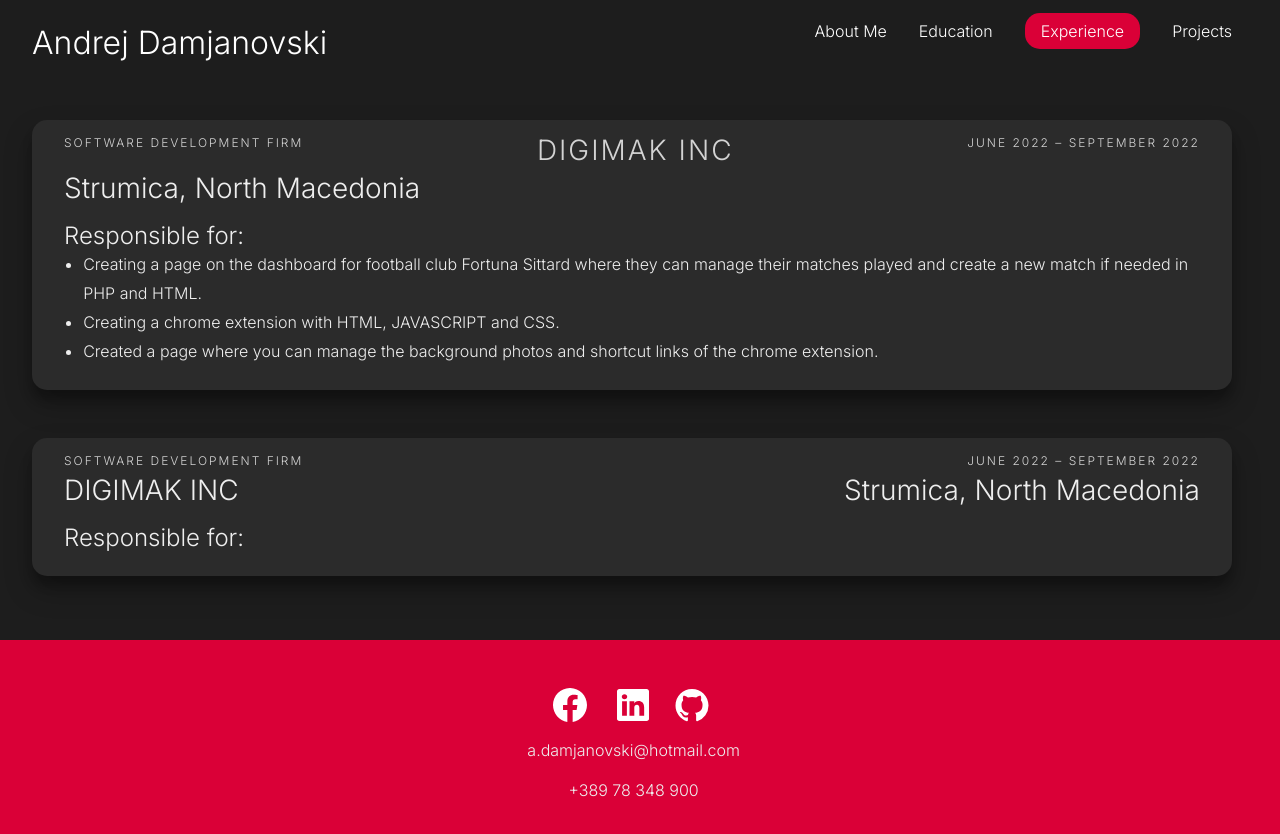
Repository: ADamjanovski/portfolio
Page: experience.html
An editor plug-in stored every save of this project. The page is shown before and after the next save, followed by the edit.
The browser window is 1280 px wide. The pictures show the whole page.

Above is the page before, as saved 2023-07-03 12:04:32.

### experience.html
<!DOCTYPE html>
<html lang="en">
<head>
    <meta charset="UTF-8">
    <meta name="viewport" content="width=device-width, initial-scale=1.0">
    <title>Experience</title>
    <link rel="preconnect" href="https://fonts.googleapis.com">
    <link rel="preconnect" href="https://fonts.gstatic.com" crossorigin>
    <link href="https://fonts.googleapis.com/css2?family=Inter:wght@300&display=swap" rel="stylesheet">
    <link href="https://cdn.jsdelivr.net/npm/bootstrap@5.3.0/dist/css/bootstrap.min.css" rel="stylesheet" integrity="sha384-9ndCyUaIbzAi2FUVXJi0CjmCapSmO7SnpJef0486qhLnuZ2cdeRhO02iuK6FUUVM" crossorigin="anonymous">
    <link rel="stylesheet" href="style.css">
</head>
<body>
    <div class="navbar">
        <h2><a href="index.html">Andrej Damjanovski</a></h2>
        <div >
            <ul class="navbar-links">
                <li ><a href="aboutme.html" >About Me</a></li>
                <li><a href="education.html">Education</a></li>
                <li><a href="experience.html" class="active">Experience</a></li>
                <li><a href="projects.html">Projects</a></li>
            </ul>
        </div>
        <button class="navbar-toggler icon" type="button" data-bs-toggle="offcanvas" data-bs-target="#offcanvasDarkNavbar" aria-controls="offcanvasDarkNavbar" aria-label="Toggle navigation">
            <span class=""><svg fill="#FFFFFF" xmlns="http://www.w3.org/2000/svg"  viewBox="0 0 50 50" width="30px" height="30px" ><path d="M 0 9 L 0 11 L 50 11 L 50 9 Z M 0 24 L 0 26 L 50 26 L 50 24 Z M 0 39 L 0 41 L 50 41 L 50 39 Z"/></svg></span>
          </button>
    </div>
    <div class="offcanvas offcanvas-end text-bg-dark" tabindex="-1" id="offcanvasDarkNavbar" aria-labelledby="offcanvasDarkNavbarLabel">
        <div class="offcanvas-header color flex-end">
            <button type="button" class="btn-close btn-close-white" data-bs-dismiss="offcanvas" aria-label="Close"></button>
        </div>
        <div class="offcanvas-body color">
            <ul class="navbar-nav justify-content-end flex-grow-1 pe-3">
                <li class="nav-item">
                  <a class=" margin nav-link " aria-current="page" href="aboutme.html">About Me</a>
                </li>
                <li class="margin nav-item">
                  <a class="nav-link " href="education.html">Education</a>
                </li>
                <li class=" nav-item">
                    <a class="nav-link active" href="experience.html">Experience</a>
                </li>
                <li class="margin nav-item">
                <a class="nav-link" href="projects.html">Projects</a>
                </li>
            </ul>
        </div>
    </div>
    <div class="job-description">
        <div class="role">
            <p class="my-role">Software Development Firm</p>
            <h3>DIGIMAK INC</h3>
            <p>June 2022 – September 2022</p>
        </div>
        <div class="Company-details">
            <h3>Strumica, North Macedonia</h3>
        </div>
        <div class="responsible">
            <h4>Responsible for:</h4>
            <ul>
                <li>Creating a page on the dashboard for football club Fortuna Sittard where they can manage their matches played and create a new match if needed in PHP and HTML.</li>
                <li>Creating a chrome extension with HTML, JAVASCRIPT and CSS.</li>
                <li>Created a page where you can manage the background photos and shortcut links of the chrome extension.</li>
            </ul>

        </div>
    </div>
    <div class="job-description">
        <div class="role">
            <p class="my-role">Software Development Firm</p>
            <p>June 2022 – September 2022</p>
        </div>
        <div class="Company-details">
            <h3>DIGIMAK INC</h3>
            <h3>Strumica, North Macedonia</h3>
        </div>

        <div class="responsible">
            <h4>Responsible for:</h4>
        </div>
    </div>
    <footer>
        <a href="https://www.facebook.com/andrej.damjanovska"><svg xmlns="http://www.w3.org/2000/svg" width="50" height="34" fill="currentColor" class="bi bi-facebook" viewBox="0 0 16 16">
            <path d="M16 8.049c0-4.446-3.582-8.05-8-8.05C3.58 0-.002 3.603-.002 8.05c0 4.017 2.926 7.347 6.75 7.951v-5.625h-2.03V8.05H6.75V6.275c0-2.017 1.195-3.131 3.022-3.131.876 0 1.791.157 1.791.157v1.98h-1.009c-.993 0-1.303.621-1.303 1.258v1.51h2.218l-.354 2.326H9.25V16c3.824-.604 6.75-3.934 6.75-7.951z"/>
          </svg></a>
        <a  href="https://www.linkedin.com/in/andrej-damjanovski"><svg xmlns="http://www.w3.org/2000/svg" width="50" height="32" fill="currentColor" class="bi bi-linkedin linkedin" viewBox="0 0 16 16">
            <path d="M0 1.146C0 .513.526 0 1.175 0h13.65C15.474 0 16 .513 16 1.146v13.708c0 .633-.526 1.146-1.175 1.146H1.175C.526 16 0 15.487 0 14.854V1.146zm4.943 12.248V6.169H2.542v7.225h2.401zm-1.2-8.212c.837 0 1.358-.554 1.358-1.248-.015-.709-.52-1.248-1.342-1.248-.822 0-1.359.54-1.359 1.248 0 .694.521 1.248 1.327 1.248h.016zm4.908 8.212V9.359c0-.216.016-.432.08-.586.173-.431.568-.878 1.232-.878.869 0 1.216.662 1.216 1.634v3.865h2.401V9.25c0-2.22-1.184-3.252-2.764-3.252-1.274 0-1.845.7-2.165 1.193v.025h-.016a5.54 5.54 0 0 1 .016-.025V6.169h-2.4c.03.678 0 7.225 0 7.225h2.4z"/>
          </svg></a>
        <a href="https://github.com/ADamjanovski"><svg xmlns="http://www.w3.org/2000/svg" width="60" height="33" fill="currentColor" class="bi bi-github" viewBox="0 0 16 16">
            <path d="M8 0C3.58 0 0 3.58 0 8c0 3.54 2.29 6.53 5.47 7.59.4.07.55-.17.55-.38 0-.19-.01-.82-.01-1.49-2.01.37-2.53-.49-2.69-.94-.09-.23-.48-.94-.82-1.13-.28-.15-.68-.52-.01-.53.63-.01 1.08.58 1.23.82.72 1.21 1.87.87 2.33.66.07-.52.28-.87.51-1.07-1.78-.2-3.64-.89-3.64-3.95 0-.87.31-1.59.82-2.15-.08-.2-.36-1.02.08-2.12 0 0 .67-.21 2.2.82.64-.18 1.32-.27 2-.27.68 0 1.36.09 2 .27 1.53-1.04 2.2-.82 2.2-.82.44 1.1.16 1.92.08 2.12.51.56.82 1.27.82 2.15 0 3.07-1.87 3.75-3.65 3.95.29.25.54.73.54 1.48 0 1.07-.01 1.93-.01 2.2 0 .21.15.46.55.38A8.012 8.012 0 0 0 16 8c0-4.42-3.58-8-8-8z"/>
          </svg></a>
        <p class="email">a.damjanovski@hotmail.com</p>
        <p>+389 78 348 900</p>
    </footer>
    <script src="https://cdn.jsdelivr.net/npm/bootstrap@5.3.0/dist/js/bootstrap.bundle.min.js" integrity="sha384-geWF76RCwLtnZ8qwWowPQNguL3RmwHVBC9FhGdlKrxdiJJigb/j/68SIy3Te4Bkz" crossorigin="anonymous"></script>

</body>
</html>

### style.css
body{
    background-color: #1D1D1D;
    color:rgb(238, 238, 238);
    height: 70vh;
    overflow-x:hidden;
}
*{
    font-family: 'Outfit','Inter', sans-serif;
}
a{
    text-decoration: none;
    color:white;
}
.home-body{
    background-color: #2b2b2b;
    display: flex;
    justify-content: space-around;
    height: inherit;
    align-items: center;
    margin:0rem 3rem 0rem 3rem;
    border-radius: 15px;
    box-shadow: rgba(0, 0, 0, 0.25) 0px 14px 28px, rgba(0, 0, 0, 0.22) 0px 10px 10px;;
}
#programmer-img{
    width: 500px;
}

#home-name{
    margin-top: 7rem;
    text-align: center;

}
.navbar{
    display: flex;
    height: 10vh;
    justify-content: space-between;
}
.navbar h2{
    margin-left: 2rem;
    margin-top:1rem;
}
.navbar-links{

    margin-right: 3rem;
    display: flex;
    gap: 2rem;
    list-style-type: none;
    font-size: 1rem;
    justify-content: space-around;
}
#personalimg{

    border-radius: 50%;
}
.aboutme-body{
    margin: 3rem;
    display: flex;
    justify-content:space-around;

}
.text{
    padding: 3rem 5rem 5rem 0rem;
    background-color: #2b2b2b;
    margin-right: 7rem;
    border-radius: 15px;
    font-size: 1rem;
    line-height: 2;
    text-align: justify;
    box-shadow: rgba(0, 0, 0, 0.25) 0px 14px 28px, rgba(0, 0, 0, 0.22) 0px 10px 10px;;
}
.aboutme-body p{
    margin-left: 3rem;
}
footer{
    margin-top:4rem;
    background-color: #DA0037;
    width: 99vw;
    padding-top: 3rem;
    padding-bottom: 1rem;
    text-align: center;
    box-shadow: 0 50vh 0 50vh #DA0037;
    align-content: center;
}
.linkedin{
    margin-left:.5rem;
}
.active{
    border-radius: 15px;
    padding: .5rem;
    padding-inline: 1rem;
    background-color: #DA0037;
}

.education-body{
    background-color: #2b2b2b;
    margin: 1rem 3rem 1rem 2rem;
    padding: 1rem 0rem 3rem 3rem;
    border-radius: 15px;
    line-height: 2;
    box-shadow: rgba(0, 0, 0, 0.25) 0px 14px 28px, rgba(0, 0, 0, 0.22) 0px 10px 10px;;
}
.Company-details{
    display: flex;
    justify-content: space-between;

}

.job-description{
    margin:3rem 3rem 0rem 2rem;
    background-color: #2b2b2b;
    padding:.5rem 2rem 1.5rem 2rem;
    border-radius: 15px;
    box-shadow: rgba(0, 0, 0, 0.25) 0px 14px 28px, rgba(0, 0, 0, 0.22) 0px 10px 10px;;
}

.role{
    display: flex;
    justify-content: space-between;
    text-transform: uppercase;
    margin-bottom: 0px;
    padding-bottom: 0px;
}
.Company-details *{
    padding:0px;
    margin:0px;
}

.job-description *{
    padding:0px;
    margin:0px;
}
.role *{
    color :lightgrey;
    letter-spacing: 2px;

    padding:0rem;
    margin:.4rem 0 0.25rem 0;
}

.role > p {
    font-size:0.75rem;
}

.responsible{
    line-height: 1.8rem;
    margin-top: 1rem;
}

.project{
    display: flex;
    align-items: center;
    justify-content: space-between;
    margin:3rem 3rem 3rem 2rem;
    background-color: #2b2b2b;
    padding:.5rem 2rem 1.5rem 2rem;
    border-radius: 15px;
    box-shadow: rgba(0, 0, 0, 0.25) 0px 14px 28px, rgba(0, 0, 0, 0.22) 0px 10px 10px;;
}
.project-details{
    display: flex;
    justify-content: space-between;
}

.project-logo{
    margin-right: 4rem;
}
.icon{

    display: none;
    border-color: rgb(238, 238, 238);
}

@media screen and (max-width: 850px) {

    .navbar-links{
        display: none;
    }

    .icon{
        display: flex;
        margin-right: 3rem;
    }
    .active{
        display: inline-block;
        margin-top:.4rem;

    }
    .margin{
        margin-left: 1rem;
    }

}
@media screen and (max-width:1030px) {
    .aboutme-body{
        width: 100%;
        flex-direction: column-reverse;
        align-items: center;
        gap:3rem;
    }
    #personalimg{
        align-self:center;
        margin-right: 5rem;
    }
    .project-logo{
        margin-right: 2rem;
        margin-left: 1rem;
    }


}
.color{
    background-color: #2b2b2b;
}
.email{
    margin-top:1rem;
}
.responsible ul{
    margin-left: 1.2rem;
}
.flex-end{
    display: flex;
    justify-content: flex-end;
    padding-right: 1.5rem;
}

After the next save:
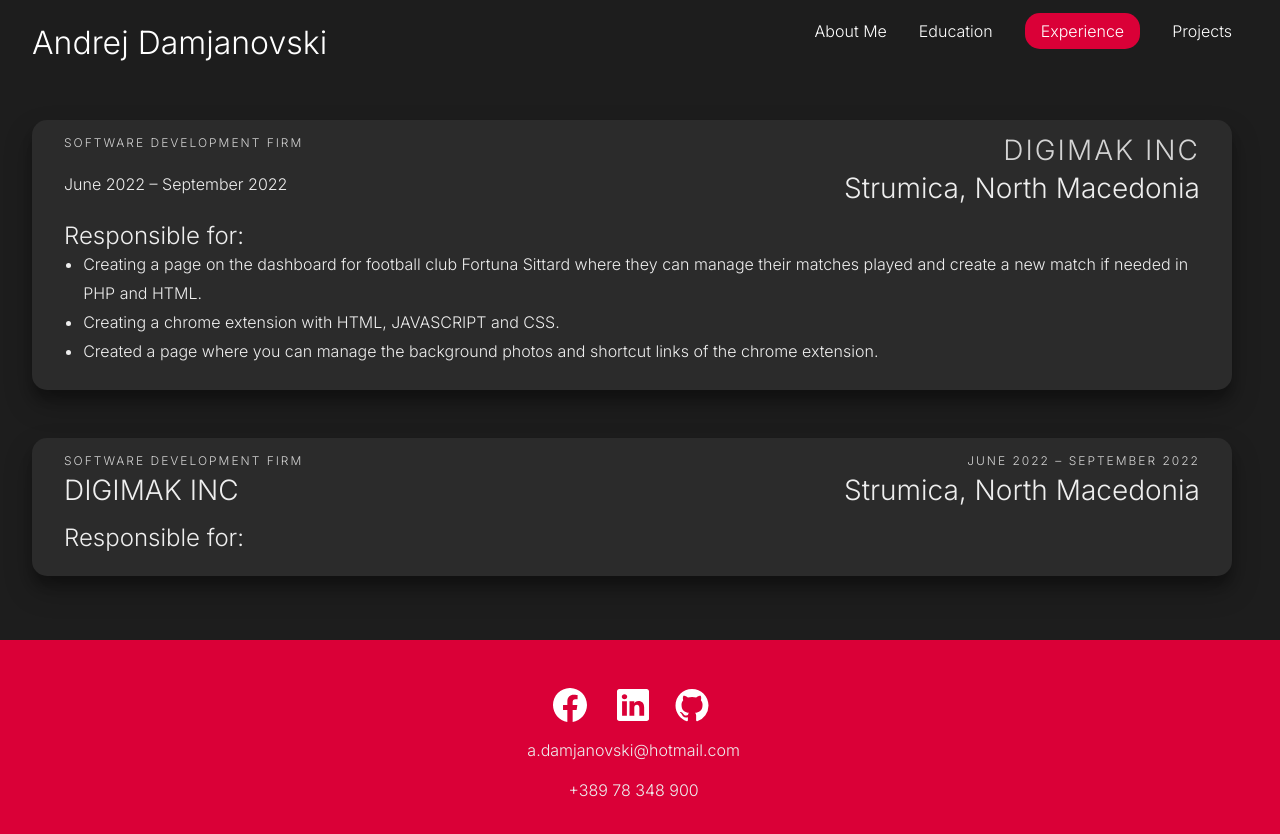
Saved 5 s later.
--- a/experience.html
+++ b/experience.html
@@ -50,9 +50,9 @@
         <div class="role">
             <p class="my-role">Software Development Firm</p>
             <h3>DIGIMAK INC</h3>
-            <p>June 2022 – September 2022</p>
         </div>
         <div class="Company-details">
+            <p>June 2022 – September 2022</p>
             <h3>Strumica, North Macedonia</h3>
         </div>
         <div class="responsible">
